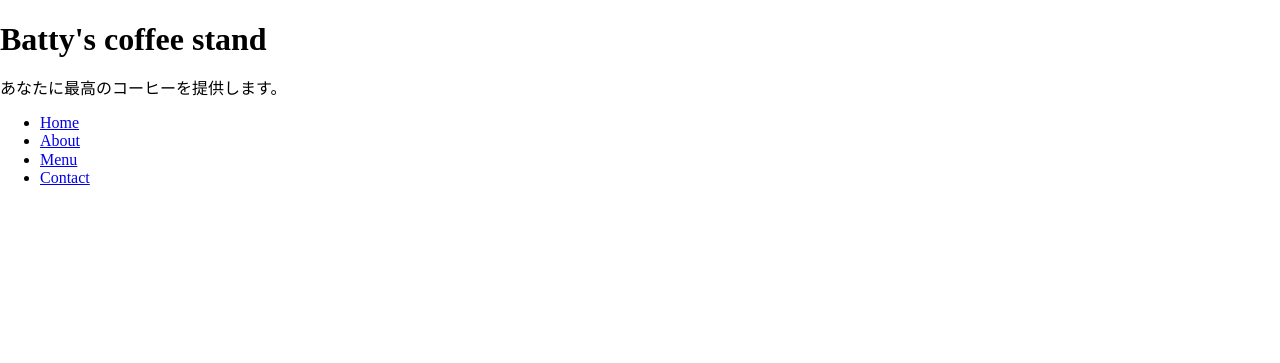
Repository: MUTAERIKO/DEVELOP
Page: html/batty_coffee_stand/index.html
The author's editor kept a record of every edit. The page is drawn from the files as they stood at one moment, then again after the next edit.
The browser window is 1280 px wide. The pictures show the whole page.

Above is the page before.

After the next edit:
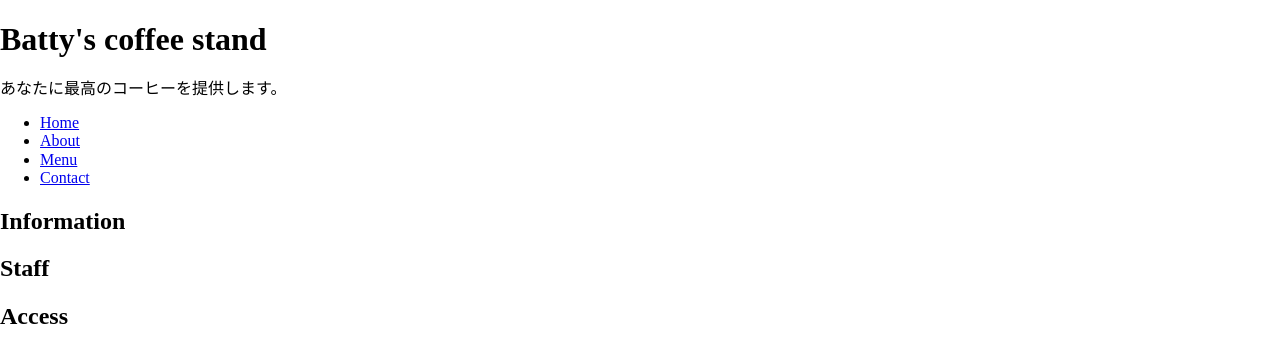
The edit:
--- a/html/batty_coffee_stand/index.html
+++ b/html/batty_coffee_stand/index.html
@@ -22,6 +22,20 @@
 </ul>
   </div>
 </header>
+<div class="main">
+  <div class="container">
+       <div class="left-contents">
+    <div class="card-contents">
+      <h2 class="text-title">Information</h2>
+    </div>
+    <div class="card-contents">
+      <h2 class="text-title">Staff</h2>
+    </div>
+    <div class="card-contents">
+      <h2 class="text-title">Access</h2>
+    </div>
+  </div>
+</div>
 
   </body>
 </html>
